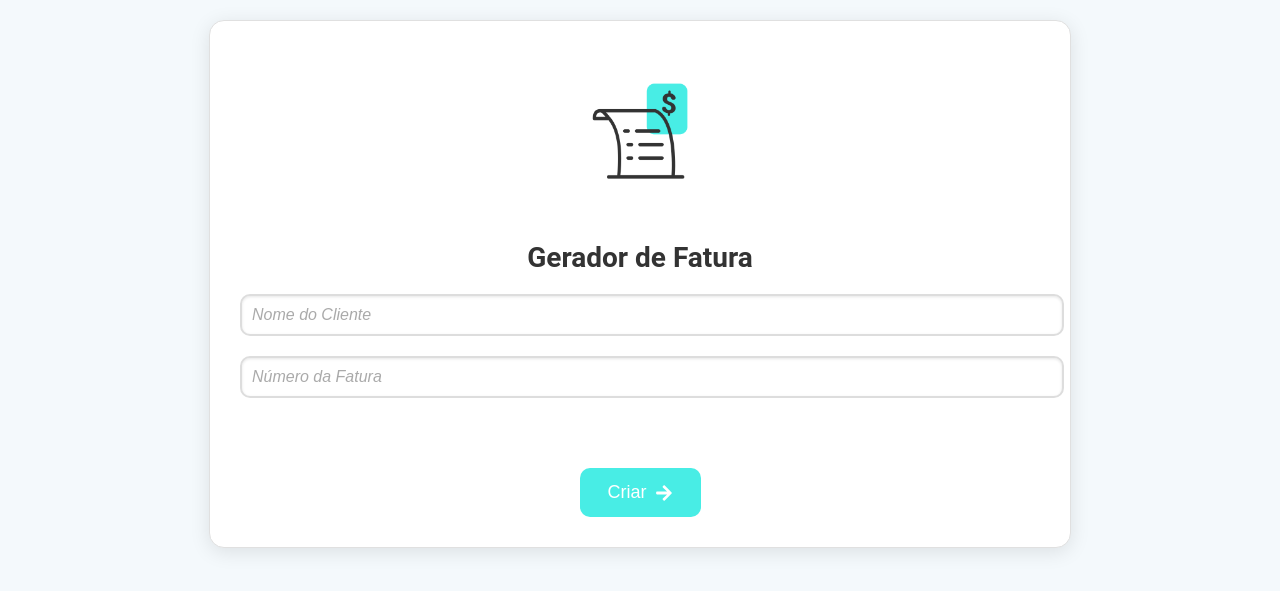
Repository: devthmedu/Invoice-Generator
Page: /
These files come from the project's save history. The page is drawn as it stood at one moment and after the next save; the edit follows.
The browser window is 1280 px wide. The pictures show the whole page.
The project was rebuilt for these pictures with package versions that can differ from the ones it lists, and the page was loaded fresh each time. Also part of the build but not shown: vite.config.js, src/Componete/Template.jsx.

Above is the page before, as saved 2024-07-16 19:41:56.

### index.html
<!DOCTYPE html>
<html lang="pt-BR">

<head>
  <meta charset="UTF-8" />
  <meta name="viewport" content="width=device-width, initial-scale=1.0" />
  <meta name="description" content="Gere sua fatura de forma simples e rápida com nosso gerador de faturas em React." />
  <meta name="keywords" content="fatura, gerador de faturas, React, financeiro" />
  <meta name="author" content="Thomas Eduardo" />
  <link rel="stylesheet" href="./src/App.css">
  <link rel="icon" href="./public/logo.png" />
  <title>Gere sua Fatura</title>
</head>


<body>
  <div id="root"></div>
  <script type="module" src="./src/main.jsx"></script>
</body>

</html>

### src/App.css
body {
  font-family: 'Roboto', sans-serif; /* Fonte moderna */
  background-color: #f4f9fc; /* Fundo suave */
  margin: 0;
  padding: 0;
}

.container {
  max-width: 600px; /* Largura ideal para usabilidade */
  margin: 100px auto; /* Centralização */
  padding: 40px 30px; /* Padding generoso */
  background: white; /* Estilo de cartão */
  border-radius: 20px; /* Cantos arredondados */
  box-shadow: 0 8px 30px rgba(0, 0, 0, 0.1); /* Sombra suave */
  transition: transform 0.3s, box-shadow 0.3s; /* Transição suave */
  border: 1px solid #e0e0e0; /* Borda sutil */
}

.container:hover {
  transform: translateY(-5px); /* Efeito de elevação ao passar o mouse */
  box-shadow: 0 12px 40px rgba(0, 0, 0, 0.2); /* Sombra mais profunda ao passar o mouse */
}

.logo {
  display: block;
  margin: 0 auto 20px; /* Centraliza o logo */
  max-width: 160px; /* Ajusta o tamanho do logo */
}

.title {
  text-align: center;
  color: #333; /* Texto escuro */
  font-size: 28px; /* Tamanho de fonte grande */
  margin-bottom: 20px; /* Espaço abaixo do título */
  font-weight: 700; /* Título em negrito */
}

.form {
  display: flex;
  flex-direction: column; /* Layout em coluna para os inputs */
}

.inputs {
  margin-bottom: 30px; /* Mais espaço abaixo dos inputs */
}

.input-field {
  padding: 10px; /* Aumentando o padding para mais conforto */
  border: 2px solid #ddd; /* Borda mais espessa */
  border-radius: 10px; /* Cantos arredondados */
  font-size: 16px; /* Tamanho de fonte adequado */
  width: 100%; /* Largura total */
  box-shadow: inset 0 1px 3px rgba(0, 0, 0, 0.1); /* Sombra interna suave */
  transition: border-color 0.3s, box-shadow 0.3s; /* Transições suaves */
  margin-bottom: 20px; /* Espaço entre os inputs */
}

.input-field:focus {
  border-color: #48ede5; /* Cor de destaque ao focar */
  outline: none; /* Remove o contorno padrão */
  box-shadow: 0 0 5px rgba(72, 237, 229, 0.5); /* Efeito de brilho */
}

.input-field::placeholder {
  color: #aaa; /* Placeholder mais claro */
  font-style: italic; /* Estilo itálico para o placeholder */
}

.buttons {
  display: flex;
  justify-content: center; /* Centraliza os botões */
  margin-top: 20px; /* Espaço acima dos botões */
}

.submit-button {
  background-color: #48ede5; /* Cor primária */
  color: white; /* Texto branco */
  border: none; /* Sem borda */
  border-radius: 10px; /* Cantos arredondados */
  padding: 14px 28px; /* Padding confortável */
  font-size: 18px; /* Tamanho de fonte maior */
  cursor: pointer; /* Muda para ponteiro ao passar o mouse */
  transition: background 0.3s, transform 0.3s; /* Transições suaves */
  display: flex; /* Flex para alinhar ícone */
  align-items: center; /* Centraliza verticalmente */
}

.submit-button:hover {
  background-color: #36b4d3; /* Tom mais escuro ao passar o mouse */
  transform: scale(1.05); /* Efeito de zoom leve */
}

.submit-button:disabled {
  background-color: #c0c0c0; /* Cinza quando desabilitado */
  cursor: not-allowed; /* Cursor de não permitido */
}

.submit-button svg {
  margin-left: 8px; /* Espaço entre texto e ícone */
}

input:disabled {
  background-color: #f7f7f7; /* Fundo claro para desabilitados */
  color: #aaa; /* Texto mais claro */
}

### src/main.jsx
import React from 'react';
import ReactDOM from 'react-dom';
import App from './App';
import 'react-toastify/dist/ReactToastify.css';
import { ToastContainer } from 'react-toastify';

ReactDOM.render(
  <React.StrictMode>
    <ToastContainer />
    <App />
  </React.StrictMode>,
  document.getElementById('root'),
);

### src/App.jsx
import React, { useState, useEffect } from 'react';
import './App.css';
import TemplatePdf from './Componete/Template';
import { FaArrowRight } from 'react-icons/fa';
import { toast } from 'react-toastify';
import logo from '/logo.png';

function App() {
  const [numeroDaFatura, setNumeroDaFatura] = useState('');
  const [nomeCliente, setNomeCliente] = useState('');
  const [data, setData] = useState('');
  const [visualizar, setVisualizar] = useState(true);
  const [loading, setLoading] = useState(false);

  // Formatação da data atual
  useEffect(() => {
    const atual = new Date();
    const dataFormatada = `${String(atual.getDate()).padStart(2, '0')}/${String(
      atual.getMonth() + 1,
    ).padStart(2, '0')}/${atual.getFullYear()}`;
    setData(dataFormatada);
  }, []);

  // Função para criar a fatura
  const criar = () => {
    if (!numeroDaFatura.match(/^[0-9]+$/)) {
      toast.error('Por favor, insira um número de fatura válido.');
      return;
    }
    if (!nomeCliente) {
      toast.error('Por favor, insira o nome do cliente.');
      return;
    }
    setLoading(true);
    setTimeout(() => {
      toast.success('Fatura criada com sucesso!');
      setLoading(false);
      setVisualizar(false);
    }, 500); // Simulando um delay para uma chamada de API
  };

  return (
    <>
      {visualizar ? (
        <div className="container">
          <img src={logo} alt="Logo" className="logo" />
          <h1 className="title">Gerador de Fatura</h1>
          <div className="form">
            <div className="inputs">
              <input
                type="text"
                placeholder="Nome do Cliente"
                value={nomeCliente}
                onChange={(e) => setNomeCliente(e.target.value)}
                disabled={loading}
                className="input-field"
                required // Adicionando a propriedade required
              />
              <input
                type="text"
                placeholder="Número da Fatura"
                value={numeroDaFatura}
                onChange={(e) => setNumeroDaFatura(e.target.value)}
                disabled={loading}
                className="input-field"
                required // Adicionando a propriedade required
              />
            </div>
            <div className="buttons">
              <button
                onClick={criar}
                disabled={loading}
                className="submit-button"
                title={
                  loading
                    ? 'Aguarde enquanto a fatura é criada'
                    : 'Criar fatura'
                } // Adicionando tooltip
              >
                {loading ? 'Criando...' : 'Criar'} <FaArrowRight />
              </button>
            </div>
          </div>
        </div>
      ) : (
        <TemplatePdf
          NumeroDaFatura={numeroDaFatura}
          data={data}
          nomeCliente={nomeCliente}
        />
      )}
    </>
  );
}

export default App;

### src/Componete/Template.css
/* Container styles */
.container {
    max-width: 800px; /* Largura ideal */
    margin: 20px auto; /* Centralização */
    padding: 30px; /* Padding generoso */
    background: #ffffff; /* Fundo branco */
    border-radius: 15px; /* Cantos mais arredondados */
    box-shadow: 0 4px 20px rgba(0, 0, 0, 0.1); /* Sombra mais suave */
}

/* Logo styles */
.logo {
    text-align: center;
    margin-bottom: 30px; /* Espaço maior abaixo do logo */
}

.logo img {
    max-width: 120px; /* Aumentando o tamanho do logo */
}

/* Title styles */
h1 {
    text-align: center;
    color: #48ede5; /* Cor do título */
    font-size: 32px; /* Tamanho de fonte aumentado */
    margin-bottom: 25px; /* Espaço abaixo do título */
}

/* Client information styles */
.client-info {
    margin-bottom: 25px; /* Espaço abaixo das informações do cliente */
    padding: 15px; /* Padding aumentado */
    background-color: #f9f9f9; /* Fundo cinza claro */
    border-radius: 8px; /* Cantos arredondados */
    border: 1px solid #ddd; /* Borda sutil */
    font-size: 16px; /* Tamanho da fonte */
    color: #333; /* Cor do texto */
}

.client-info p {
    margin: 8px 0; /* Mais espaço entre os parágrafos */
}

/* Table styles */
.table {
    width: 100%; /* Largura total */
    border-collapse: collapse; /* Elimina espaços entre as células */
    margin-top: 25px; /* Espaço acima da tabela */
}

.table thead {
    background: #48ede5; /* Fundo do cabeçalho */
    color: #ffffff; /* Texto branco */
}

.table th, .table td {
    padding: 15px; /* Padding mais confortável */
    text-align: left; /* Alinhamento à esquerda */
    border-bottom: 1px solid #ddd; /* Borda inferior */
}

.table th {
    font-size: 1.2em; /* Tamanho maior para cabeçalho */
}

.table tbody tr:hover {
    background: #f1f1f1; /* Efeito hover nas linhas */
}

/* Notes styles */
.notes {
    margin-top: 25px; /* Espaço acima das notas */
    font-style: italic; /* Estilo itálico */
    color: #555; /* Cor das notas */
}

/* Button styles */
.button-group {
    display: flex;
    justify-content: space-between; /* Espaçamento entre botões */
    margin-top: 25px; /* Espaço acima do grupo de botões */
}

.button-group button {
    padding: 12px 18px; /* Padding confortável */
    background: #48ede5; /* Cor do botão */
    color: white; /* Texto branco */
    border: none; /* Sem borda */
    border-radius: 8px; /* Cantos arredondados */
    cursor: pointer; /* Cursor de ponteiro */
    transition: background 0.3s ease, transform 0.2s; /* Transições suaves */
}

.button-group button:hover {
    background: #36b4d3; /* Tom mais escuro ao passar o mouse */
    transform: scale(1.05); /* Efeito de zoom leve */
}

/* Dialog title styles */
.dialog-title {
    display: flex; /* Flexbox para alinhamento */
    justify-content: space-between; /* Espaço entre título e botão */
    align-items: center; /* Centraliza verticalmente */
}

.dialog-title .hed {
    font-size: 1.6em; /* Tamanho do título da dialog */
    font-weight: bold; /* Negrito */
    color: #48ede5; /* Cor do título */
}

/* Form styles */
.forms {
    display: flex;
    flex-direction: column; /* Layout em coluna para os inputs */
}

.forms input {
    width: 100%; /* Largura total */
    padding: 12px; /* Padding mais confortável */
    margin: 8px 0; /* Espaço entre os inputs */
    border: 1px solid #ccc; /* Borda padrão */
    border-radius: 8px; /* Cantos arredondados */
    transition: border-color 0.3s; /* Transição suave ao focar */
}

.forms input:focus {
    border-color: #48ede5; /* Cor de destaque ao focar */
    outline: none; /* Remove o contorno padrão */
}

.forms input::placeholder {
    color: #aaa; /* Placeholder mais claro */
}

/* Icon styles */
.icon-cross {
    cursor: pointer; /* Cursor de ponteiro */
}

After the next save:
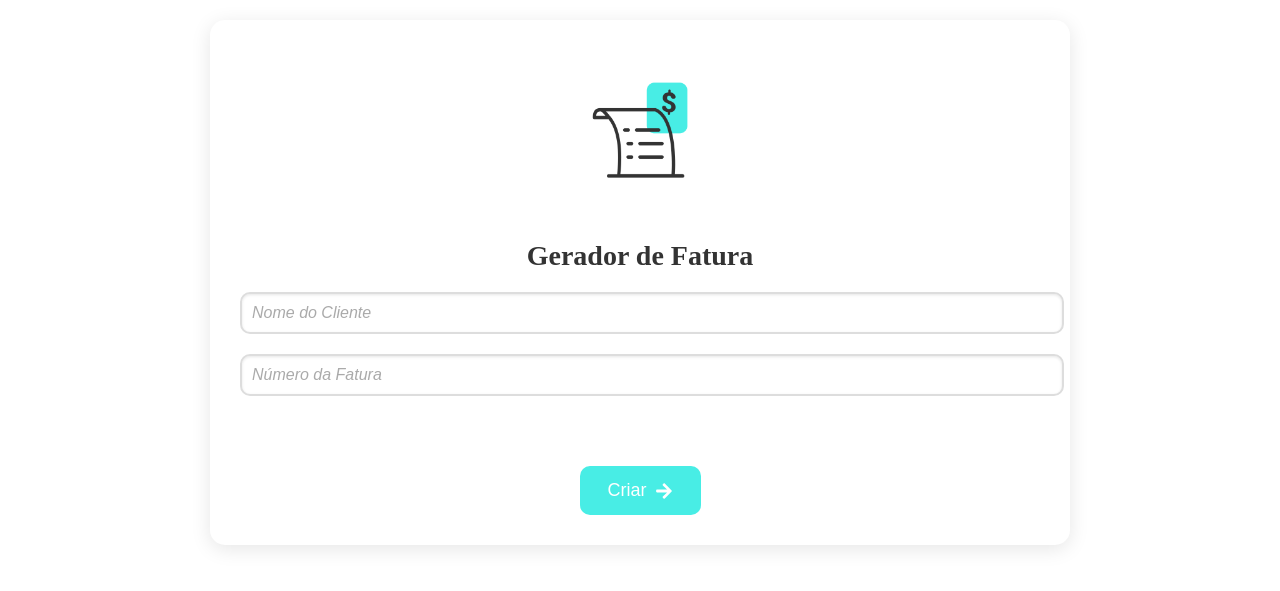
Not found: @fs/src/path/to/your/pattern.png
Saved 42 s later.
--- a/src/App.css
+++ b/src/App.css
@@ -1,19 +1,27 @@
-body {
+ody {
   font-family: 'Roboto', sans-serif; /* Fonte moderna */
-  background-color: #f4f9fc; /* Fundo suave */
+  background: linear-gradient(135deg, #e0f7fa, #ffffff); /* Gradiente suave */
   margin: 0;
   padding: 0;
+  min-height: 100vh; /* Garante que o fundo cubra toda a altura */
+}
+
+/* Adicionando um leve padrão ao fundo */
+body::before {
+  content: "";
+  position: absolute;
+  top: 0;
+  left: 0;
+  right: 0;
+  bottom: 0;
+  background-image: url('path/to/your/pattern.png'); /* Imagem de padrão leve */
+  opacity: 0.05; /* Sutileza do padrão */
+  z-index: 0; /* Coloca o padrão atrás do conteúdo */
 }
 
 .container {
-  max-width: 600px; /* Largura ideal para usabilidade */
-  margin: 100px auto; /* Centralização */
-  padding: 40px 30px; /* Padding generoso */
-  background: white; /* Estilo de cartão */
-  border-radius: 20px; /* Cantos arredondados */
-  box-shadow: 0 8px 30px rgba(0, 0, 0, 0.1); /* Sombra suave */
-  transition: transform 0.3s, box-shadow 0.3s; /* Transição suave */
-  border: 1px solid #e0e0e0; /* Borda sutil */
+  position: relative; /* Para garantir que a sombra seja visível */
+  z-index: 1; /* Eleva o container acima do padrão de fundo */
 }
 
 .container:hover {

After the save that followed:
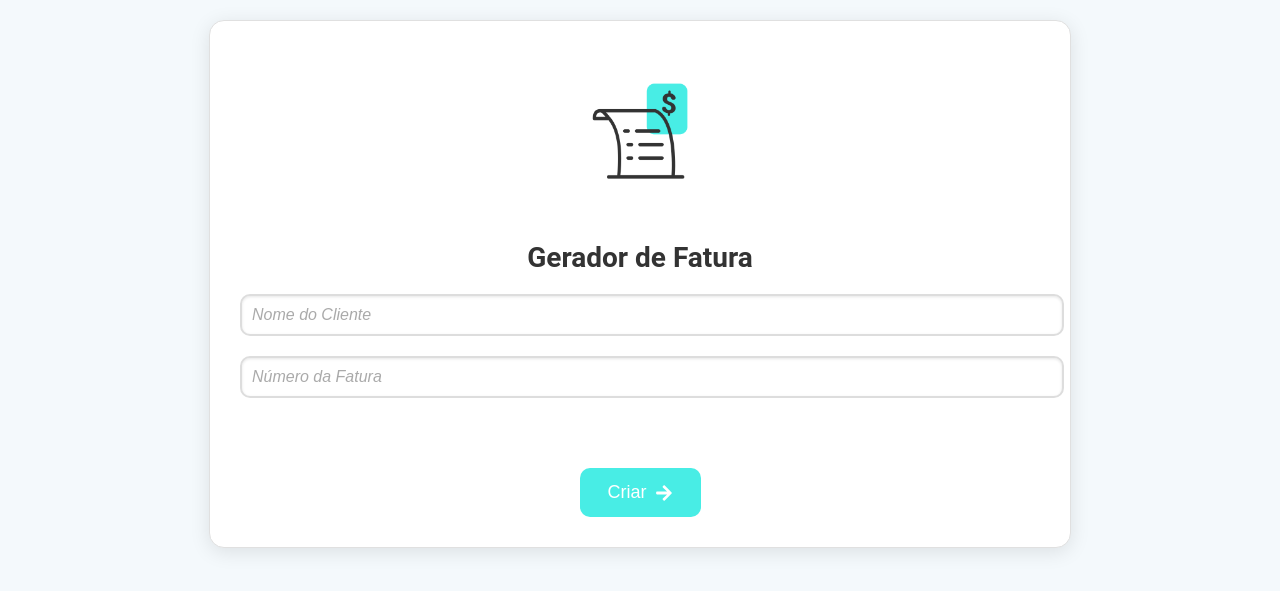
Saved 11 s later.
--- a/src/App.css
+++ b/src/App.css
@@ -1,27 +1,19 @@
-ody {
+body {
   font-family: 'Roboto', sans-serif; /* Fonte moderna */
-  background: linear-gradient(135deg, #e0f7fa, #ffffff); /* Gradiente suave */
+  background-color: #f4f9fc; /* Fundo suave */
   margin: 0;
   padding: 0;
-  min-height: 100vh; /* Garante que o fundo cubra toda a altura */
-}
-
-/* Adicionando um leve padrão ao fundo */
-body::before {
-  content: "";
-  position: absolute;
-  top: 0;
-  left: 0;
-  right: 0;
-  bottom: 0;
-  background-image: url('path/to/your/pattern.png'); /* Imagem de padrão leve */
-  opacity: 0.05; /* Sutileza do padrão */
-  z-index: 0; /* Coloca o padrão atrás do conteúdo */
 }
 
 .container {
-  position: relative; /* Para garantir que a sombra seja visível */
-  z-index: 1; /* Eleva o container acima do padrão de fundo */
+  max-width: 600px; /* Largura ideal para usabilidade */
+  margin: 100px auto; /* Centralização */
+  padding: 40px 30px; /* Padding generoso */
+  background: white; /* Estilo de cartão */
+  border-radius: 20px; /* Cantos arredondados */
+  box-shadow: 0 8px 30px rgba(0, 0, 0, 0.1); /* Sombra suave */
+  transition: transform 0.3s, box-shadow 0.3s; /* Transição suave */
+  border: 1px solid #e0e0e0; /* Borda sutil */
 }
 
 .container:hover {
